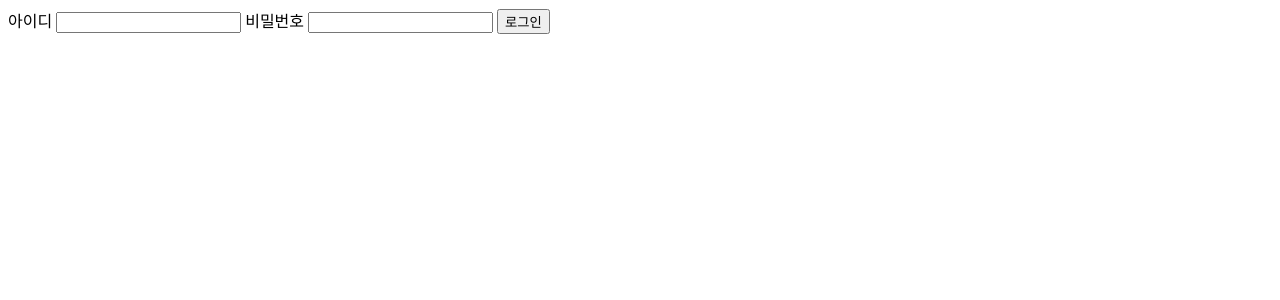
Repository: dnwpdud/WEB_CODES
Page: http://localhost/Web06_JSP_Servlet/homework/HW3.jsp
The author's editor kept a copy of each file at every save. The page is drawn from the files as they stood at one save, then again after the next save.
The browser window is 1280 px wide. The pictures show the whole page.
The page is served by Tomcat 9.

Above is the page before, as saved 2024-04-02 05:54:09.

After the next save:
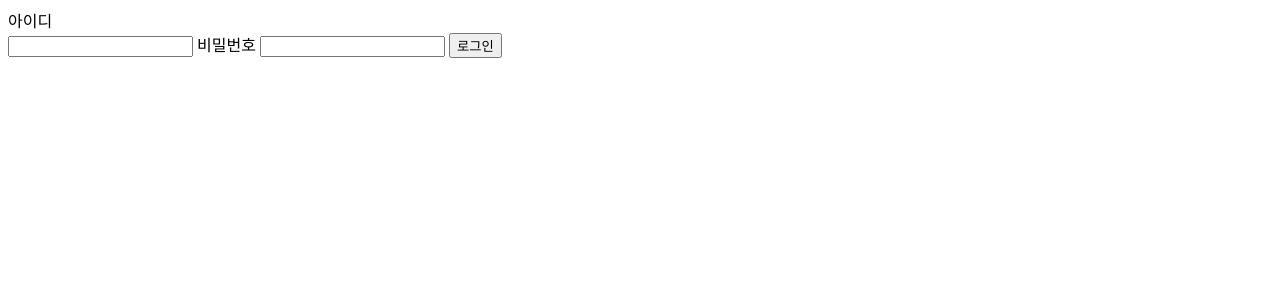
Saved 10 s later.
--- a/Web06_JSP_Servlet/src/main/webapp/homework/HW3.jsp
+++ b/Web06_JSP_Servlet/src/main/webapp/homework/HW3.jsp
@@ -30,7 +30,7 @@
 	 --%>
 
 	 <form action="HW3_login_ayth.jsp" method="post">
-	 	아이디
+	 	아이디<br>
 	 	<input type="text" name="id">
 	 	비밀번호
 	 	<input type="password" name="pw">
